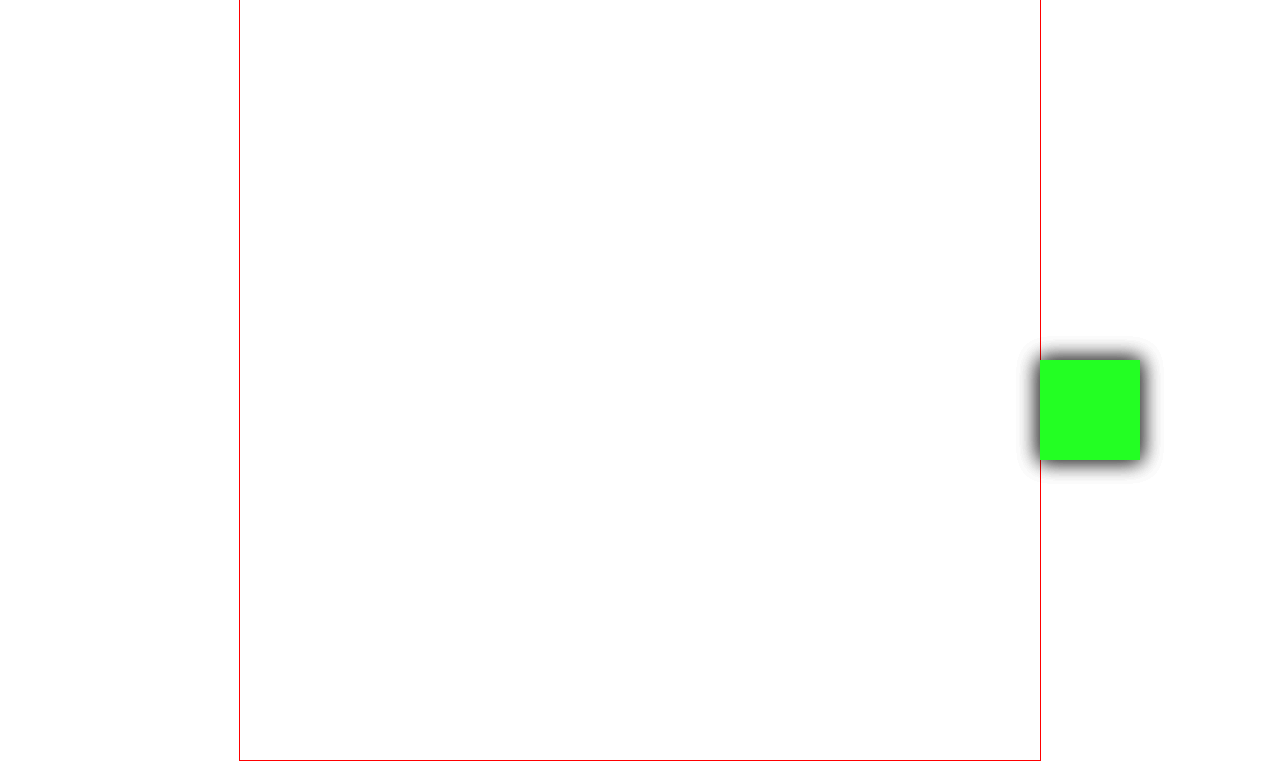
Repository: randgars/game
Page: index.html
The author's editor kept a copy of each file at every save. The page is drawn from the files as they stood at one save, then again after the next save.
The browser window is 1280 px wide. The pictures show the whole page.

Above is the page before, as saved 2017-09-29 10:50:26.

After the next save:
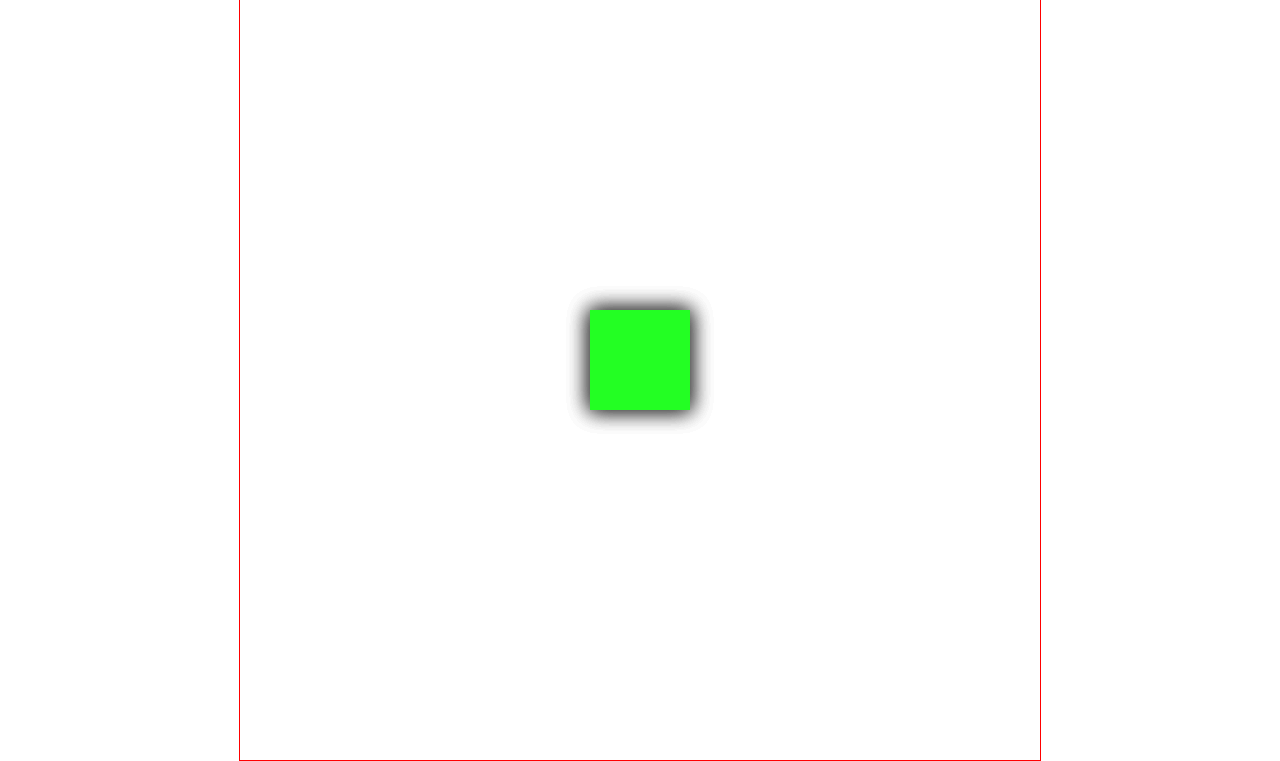
Saved 32 s later.
--- a/style.css
+++ b/style.css
@@ -18,8 +18,8 @@ body {
     background-color: rgba(35, 255, 35, 1);
     box-shadow: 0 0 20px rgba(0, 0, 0, .4);
     position: absolute;
-    top: 400px;
-    left: 800px;
+    top: calc(50% - 50px);
+    left: calc(50% - 50px);
 }
 .first {
     animation-name: first;
